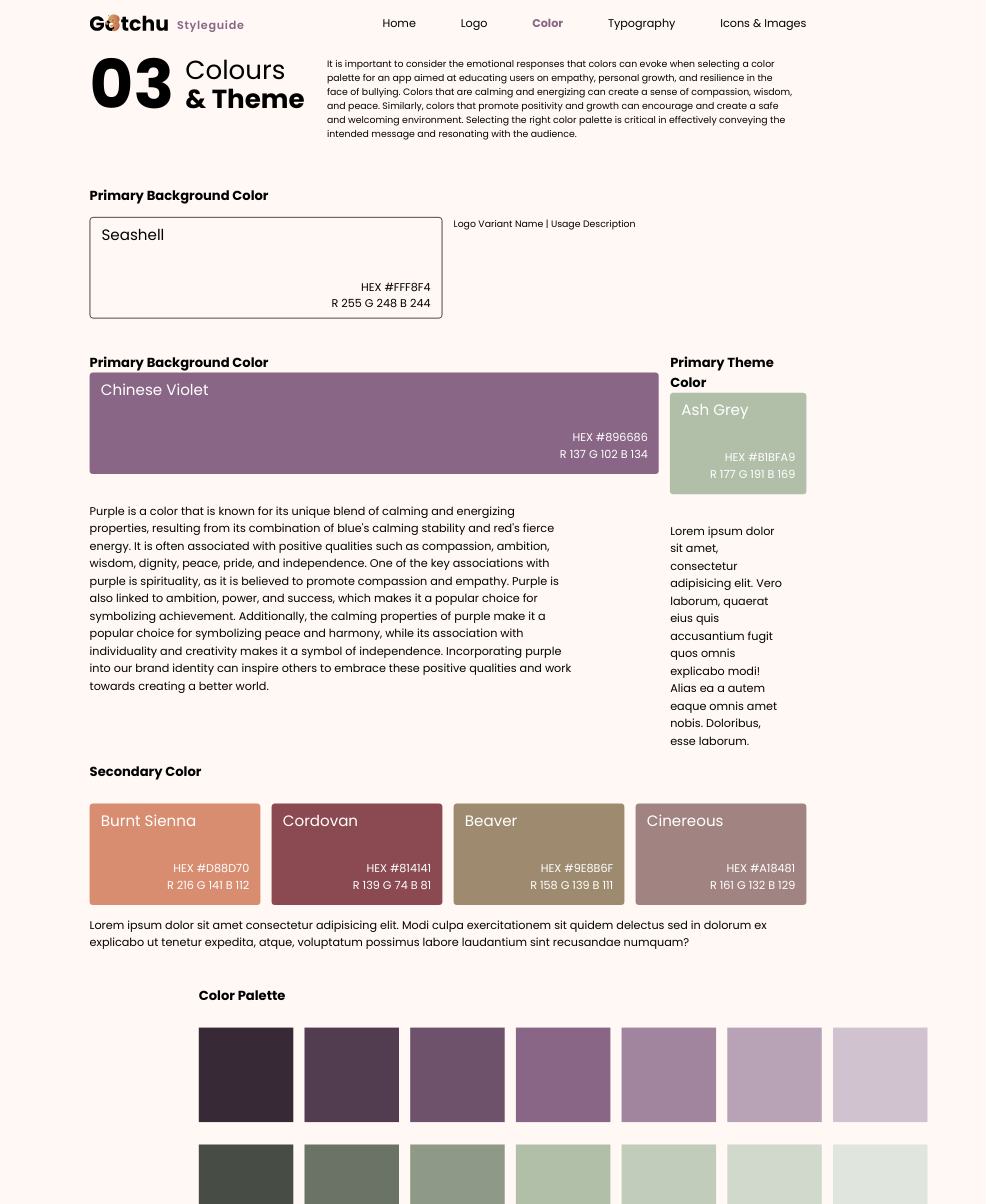
Repository: kionale/Antibullying-Project_Design-Guide
Page: color.html
These files come from the project's save history. The page is drawn as it stood at one moment and after the next save; the edit follows.
The browser window is 1280 px wide. The page is 1408 px wide, so the pictures cover 1408 px, including what lies to the right of the window. The pictures show the part of the page from y = 0 to 1720 px (the page is 2511 px tall before and 2749 px after), at 70% of full size.

Above is the page before, as saved 2023-03-11 01:35:37.

After the next save:
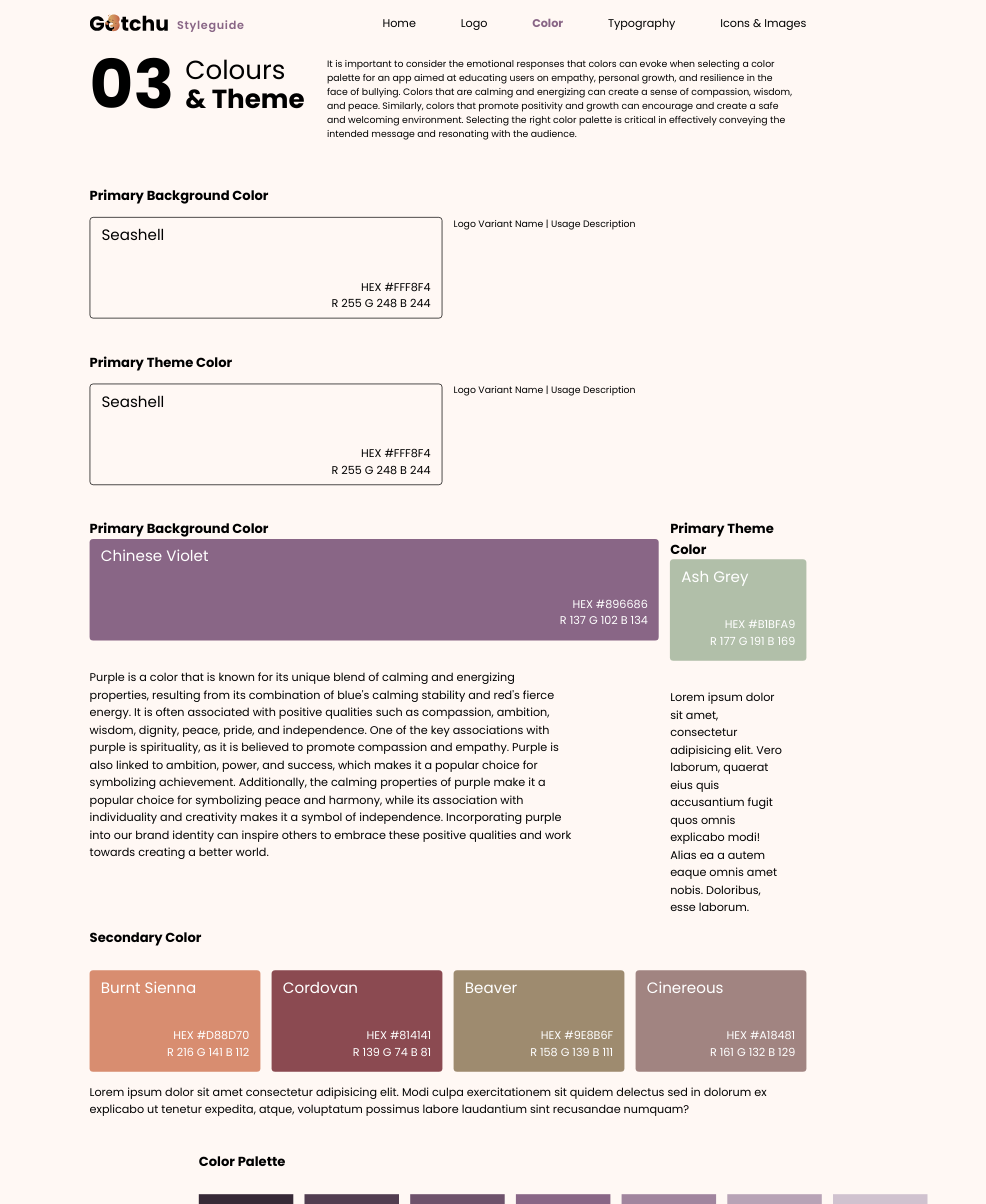
Saved 42 s later.
--- a/color.html
+++ b/color.html
@@ -44,6 +44,17 @@
             </div>
         </section>
         <h3 class="subHeading">Primary Background Color</h3>
+        <div class="columnTwo">
+            <div class="subCard">
+                <div class="color_container color_box1">
+                    <div class="color_bgname">Seashell</div>
+                    <div class="hex">HEX #FFF8F4</div>
+                    <div class="RGB">R 255 G 248 B 244</div>
+                </div>
+            </div>
+            <p class="description_text">Logo Variant Name | Usage Description</p>
+        </div>
+        <h3 class="subHeading">Primary Theme Color</h3>
         <div class="columnTwo">
             <div class="subCard">
                 <div class="color_container color_box1">
